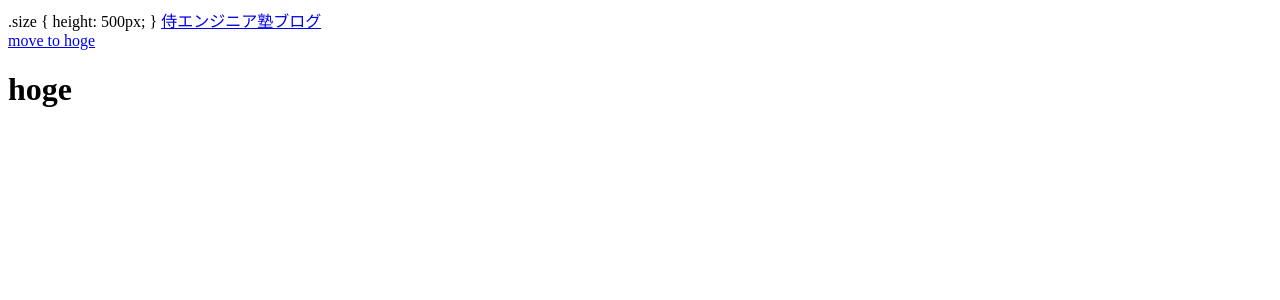
Repository: barabaaaara/samurai_HTML-CSS2
Page: home.html
The author's editor kept a record of every edit. The page is drawn from the files as they stood at one moment, then again after the next edit.
The browser window is 1280 px wide. The pictures show the whole page.

Above is the page before.

After the next edit:
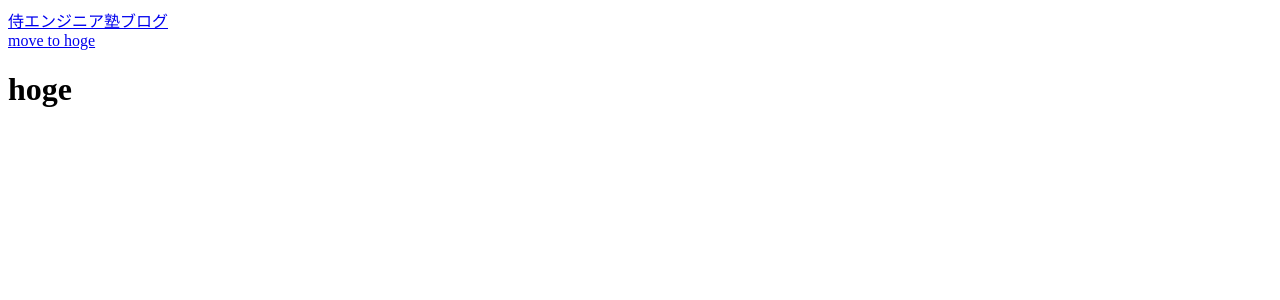
The edit:
--- a/home.html
+++ b/home.html
@@ -4,10 +4,6 @@
         <meta charset="UTF-8">
         <title>HTML/CSSの学習</title>
         <link rel="stylesheet" href="stylesheet.css">
-        .size {
-                height: 500px;
-            }
-        </style>
     </head>
     <body>
         <a href="https://www.sejuku.net/blog/">侍エンジニア塾ブログ</a>
